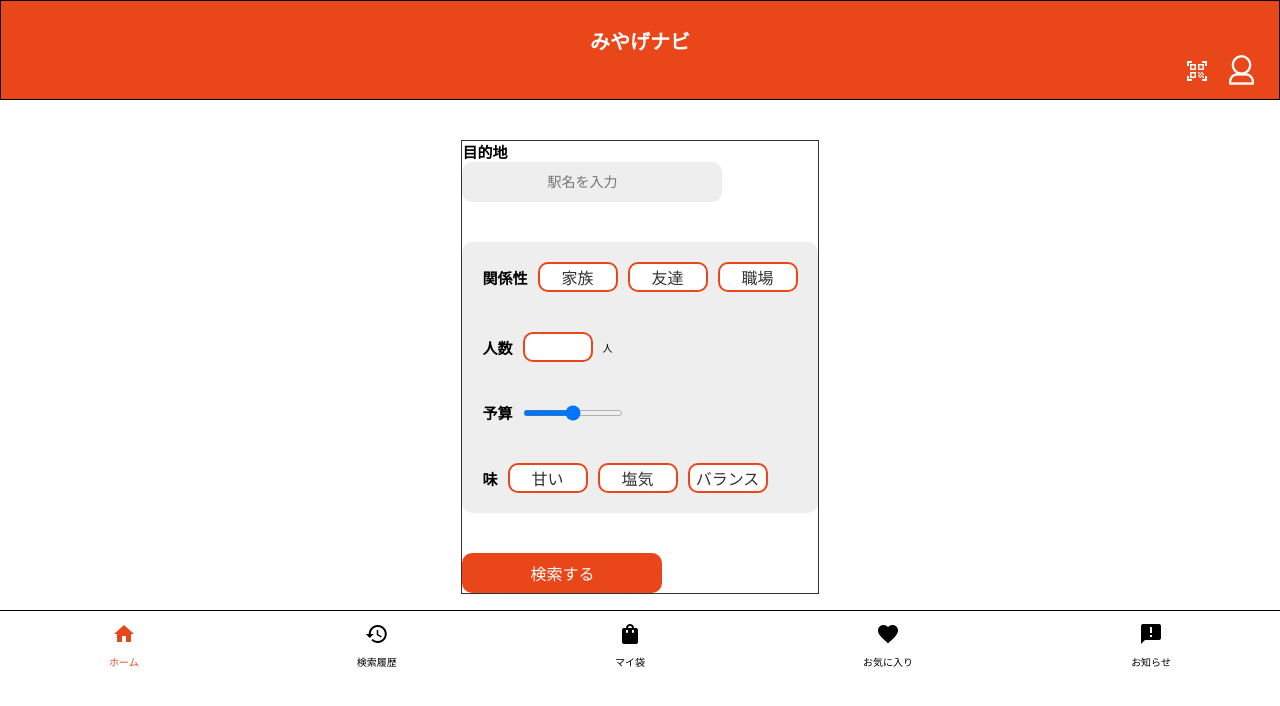
Repository: ama-ne2/miyage_nav
Page: index.html
These files come from the project's save history. The page is drawn as it stood at one moment and after the next save; the edit follows.
The browser window is 1280 px wide. The pictures show the whole page.

Above is the page before, as saved 2026-02-06 10:44:42.

### index.html
<!DOCTYPE html>
<html lang="ja">
<head>
    <meta charset="utf-8">
    <meta name="viewport" content="width=device-width, initial-scale=1">
    <meta name="color-scheme" content="light dark">
    <meta name="format-detection" content="telephone=no">
    <meta name="description" content="ここに説明文を設定">
    <title>index</title>

    <!-- 共有用 OGP / X(Twitter) -->
    <meta property="og:site_name" content="サイト名">
    <meta property="og:title" content="サイトタイトル">
    <meta property="og:description" content="サイト説明文">
    <meta property="og:type" content="website">
    <meta property="og:url" content="https://hoge.ecc.com/">
    <meta property="og:image" content="https://hoge.ecc.com/ogp.png">
    <meta name="twitter:card" content="summary_large_image">
    <meta name="twitter:site" content="@twitteraccount">

    <!-- 正規URL -->
    <link rel="canonical" href="https://hoge.ecc.com/">

    <!-- アイコン（SVG優先、ICOフォールバック、Apple Touch） -->
    <link rel="icon" type="image/svg+xml" href="/favicon.svg">
    <link rel="alternate icon" href="/favicon.ico">
    <link rel="apple-touch-icon" href="/apple-touch-icon.png" sizes="180x180">

    <!-- テーマカラー（PWAでなくてもアドレスバー色に反映） -->
    <meta name="theme-color" content="#FFFFFF">

    <link rel="stylesheet" href="css/ress.css">
    <link rel="stylesheet" href="css/style.css">
    <link rel="stylesheet" href="css/index.css">
    <link href="https://fonts.googleapis.com/icon?family=Material+Icons" rel="stylesheet">

</head>
<body>
<div class="main_content">
    <header>
        <div class="header_wrap">
            <h1  class="header_title">みやげナビ</h1>
            <div class="header_icon_wrap">
            <span class="material-icons qr_mark">
                    qr_code_scanner
                </span>
                <p><img src="img/icon.png" alt="マイページのアイコン" class="mypage_icon"></p>
            </div>
        </div>
    </header>
    <main>
        <div class="seach_wrap">
            <form action="result.html" method="get">
            <h2>目的地</h2><input type="text" placeholder="駅名を入力">
            <div class="keyword_wrap">
                <div class="keyword">
                    <h2>関係性</h2>
                        <input type="radio" name="related" value="家族" id="family"> <label for="family">家族</label>
                        <input type="radio" name="related" value="友達" id="friend"> <label for="friend">友達</label>
                        <input type="radio" name="related" value="職場" id="office"> <label for="office">職場</label>
                </div>
                <div class="keyword">
                    <h2>人数</h2> <input type="number" name="number"><p>人</p>
                </div>
                <div class="keyword">
                    <h2>予算</h2>
                        <input type="range" name="range" id="range" min="0" max="10000">
                </div>
                <div class="keyword">
                    <h2>味</h2>
                        <input type="radio" name="taste" value="甘い" id="sweet"> <label for="sweet">甘い</label>
                        <input type="radio" name="taste" value="塩気" id="salt"> <label for="salt">塩気</label>
                        <input type="radio" name="taste" value="バランス" id="balance"> <label for="balance">バランス</label>
                </div>
            </div>
            <button type="submit">検索する</button>
                </form>
        </div>
    </main>
    <footer>
        <div class="footer_icon active">
            <span class="material-icons">
            home
            </span>
            <p>ホーム</p>
        </div>
        <div class="footer_icon">
            <span class="material-icons">
            history
            </span>
            <p>検索履歴</p>
        </div>
        <div class="footer_icon">
        <span class="material-icons">
        shopping_bag
        </span>
            <p>マイ袋</p>
        </div>
        <div class="footer_icon">
            <span class="material-icons">
            favorite
            </span>
            <p>お気に入り</p>
        </div>
        <div class="footer_icon">
            <span class="material-icons">
            announcement
            </span>
            <p>お知らせ</p>
        </div>
    </footer>
</div>
</body>
</html>

### css/ress.css

/* resset.dev • v5.0.2 */

/* # =================================================================
   # Global selectors
   # ================================================================= */

html {
  box-sizing: border-box;
  -webkit-text-size-adjust: 100%; /* Prevent adjustments of font size after orientation changes in iOS */
  word-break: normal;
  -moz-tab-size: 4;
  tab-size: 4;
}

*,
::before,
::after {
  background-repeat: no-repeat; /* Set `background-repeat: no-repeat` to all elements and pseudo elements */
  box-sizing: inherit;
}

::before,
::after {
  text-decoration: inherit; /* Inherit text-decoration and vertical align to ::before and ::after pseudo elements */
  vertical-align: inherit;
}

* {
  padding: 0; /* Reset `padding` and `margin` of all elements */
  margin: 0;
}

/* # =================================================================
   # General elements
   # ================================================================= */

hr {
  overflow: visible; /* Show the overflow in Edge and IE */
  height: 0; /* Add the correct box sizing in Firefox */
  color: inherit; /* Correct border color in Firefox. */
}

details,
main {
  display: block; /* Render the `main` element consistently in IE. */
}

summary {
  display: list-item; /* Add the correct display in all browsers */
}

small {
  font-size: 80%; /* Set font-size to 80% in `small` elements */
}

[hidden] {
  display: none; /* Add the correct display in IE */
}

abbr[title] {
  border-bottom: none; /* Remove the bottom border in Chrome 57 */
  /* Add the correct text decoration in Chrome, Edge, IE, Opera, and Safari */
  text-decoration: underline;
  text-decoration: underline dotted;
}

a {
  background-color: transparent; /* Remove the gray background on active links in IE 10 */
}

a:active,
a:hover {
  outline-width: 0; /* Remove the outline when hovering in all browsers */
}

code,
kbd,
pre,
samp {
  font-family: monospace, monospace; /* Specify the font family of code elements */
}

pre {
  font-size: 1em; /* Correct the odd `em` font sizing in all browsers */
}

b,
strong {
  font-weight: bolder; /* Add the correct font weight in Chrome, Edge, and Safari */
}

/* https://gist.github.com/unruthless/413930 */
sub,
sup {
  font-size: 75%;
  line-height: 0;
  position: relative;
  vertical-align: baseline;
}

sub {
  bottom: -0.25em;
}

sup {
  top: -0.5em;
}

table {
  border-color: inherit; /* Correct border color in all Chrome, Edge, and Safari. */
  text-indent: 0; /* Remove text indentation in Chrome, Edge, and Safari */
}

iframe {
  border-style: none;
}

/* # =================================================================
   # Forms
   # ================================================================= */

input {
  border-radius: 0;
}

[type='number']::-webkit-inner-spin-button,
[type='number']::-webkit-outer-spin-button {
  height: auto; /* Correct the cursor style of increment and decrement buttons in Chrome */
}

[type='search'] {
  -webkit-appearance: textfield; /* Correct the odd appearance in Chrome and Safari */
  outline-offset: -2px; /* Correct the outline style in Safari */
}

[type='search']::-webkit-search-decoration {
  -webkit-appearance: none; /* Remove the inner padding in Chrome and Safari on macOS */
}

textarea {
  overflow: auto; /* Internet Explorer 11+ */
  resize: vertical; /* Specify textarea resizability */
}

button,
input,
optgroup,
select,
textarea {
  font: inherit; /* Specify font inheritance of form elements */
}

optgroup {
  font-weight: bold; /* Restore the font weight unset by the previous rule */
}

button {
  overflow: visible; /* Address `overflow` set to `hidden` in IE 8/9/10/11 */
}

button,
select {
  text-transform: none; /* Firefox 40+, Internet Explorer 11- */
}

/* Apply cursor pointer to button elements */
button,
[type='button'],
[type='reset'],
[type='submit'],
[role='button'] {
  cursor: pointer;
}

/* Remove inner padding and border in Firefox 4+ */
button::-moz-focus-inner,
[type='button']::-moz-focus-inner,
[type='reset']::-moz-focus-inner,
[type='submit']::-moz-focus-inner {
  border-style: none;
  padding: 0;
}

/* Replace focus style removed in the border reset above */
button:-moz-focusring,
[type='button']::-moz-focus-inner,
[type='reset']::-moz-focus-inner,
[type='submit']::-moz-focus-inner {
  outline: 1px dotted ButtonText;
}

button,
html [type='button'], /* Prevent a WebKit bug where (2) destroys native `audio` and `video`controls in Android 4 */
[type='reset'],
[type='submit'] {
  -webkit-appearance: button; /* Correct the inability to style clickable types in iOS */
}

/* Remove the default button styling in all browsers */
button,
input,
select,
textarea {
  background-color: transparent;
  border-style: none;
}

a:focus,
button:focus,
input:focus,
select:focus,
textarea:focus {
  outline-width: 0;
}

/* Style select like a standard input */
select {
  -moz-appearance: none; /* Firefox 36+ */
  -webkit-appearance: none; /* Chrome 41+ */
}

select::-ms-expand {
  display: none; /* Internet Explorer 11+ */
}

select::-ms-value {
  color: currentColor; /* Internet Explorer 11+ */
}

legend {
  border: 0; /* Correct `color` not being inherited in IE 8/9/10/11 */
  color: inherit; /* Correct the color inheritance from `fieldset` elements in IE */
  display: table; /* Correct the text wrapping in Edge and IE */
  max-width: 100%; /* Correct the text wrapping in Edge and IE */
  white-space: normal; /* Correct the text wrapping in Edge and IE */
  max-width: 100%; /* Correct the text wrapping in Edge 18- and IE */
}

::-webkit-file-upload-button {
  /* Correct the inability to style clickable types in iOS and Safari */
  -webkit-appearance: button;
  color: inherit;
  font: inherit; /* Change font properties to `inherit` in Chrome and Safari */
}

/* Replace pointer cursor in disabled elements */
[disabled] {
  cursor: default;
}

/* # =================================================================
   # Specify media element style
   # ================================================================= */

img {
  border-style: none; /* Remove border when inside `a` element in IE 8/9/10 */
}

/* Add the correct vertical alignment in Chrome, Firefox, and Opera */
progress {
  vertical-align: baseline;
}

/* # =================================================================
   # Accessibility
   # ================================================================= */

/* Specify the progress cursor of updating elements */
[aria-busy='true'] {
  cursor: progress;
}

/* Specify the pointer cursor of trigger elements */
[aria-controls] {
  cursor: pointer;
}

/* Specify the unstyled cursor of disabled, not-editable, or otherwise inoperable elements */
[aria-disabled='true'] {
  cursor: default;
}

### css/style.css
html{
    font-size: 62.5%;
}

html , body{
    width: 100%;
    height: 100%;
    font-family: "Hiragino Kaku Gothic Pro" , sans-serif;
    display: flex;
    justify-content: center;
    /* background-image: url("../img/miyage_nav_logo.png");
    background-repeat: repeat; */
}
.main_content{
    width: 402px;
}

header{
    width: 100%;
    height: 100px;
    background-color: #E94619;
    position: fixed;
    top: 0;
    left: 0;
    .header_wrap{
        border: 1px solid #000;
        display: flex;
        flex-direction: column;
        justify-content: end;
        margin-top: auto;
        height: 100%;
    }
    .header_title{
        display: flex;
        color: #fff;
        justify-content: center;
    }
    .qr_mark{
        color: #fff;
    }
    .header_icon_wrap{
        /* border: 1px solid #000; */
        display: flex;
        justify-content: end;
        align-items: center;
        margin-right: 25px;
        margin-bottom: 12px;
        gap: 20px;
    }
}
main{
    overflow: scroll;
    /* border: #000 solid 1px; */
}
footer{
    position: fixed;
    bottom: 0;
    left: 0;
    display: flex;
    justify-content: space-around;
    width: 100vw;
    height: 110px;
    border-top: #000 solid 1px;

/* footerのアイコンたち */
    .footer_icon{
        display: flex;
        flex-direction: column;
        align-items: center;
        gap: 8px;
        margin-top: 11px;
        &.active{
            color: #E94619;
        }
    }
}

### css/index.css

/* mainを真ん中に */
main{
    display: flex;
    justify-content: center;
    margin-top: 140px;
}

.seach_wrap{
    border: #333 solid 1px;
    display: flex;
    justify-content: center;
    align-items: center;
}

/* 目的地 */
input[type="text"]{
    background-color: #EEE;
    width: 260px;
    height: 40px;
    border-radius: 10px;
    font-size: 1.4rem;
    padding-left: 85px;
}

/* ラジオボタンの丸を無くす */
input[type="radio"]{
    background-color: tomato;
    display: none;
}

/* ラジオボタンの見た目 */
input[type="radio"] + label{
    color: #333;
    background-color: #fff;
    border: solid 2px #E94619;
    display: flex;
    justify-content: center;
    align-items: center;
    border-radius: 10px;
    font-size: 1.6rem;
    width: 80px;
    height: 30px;
    /* font-weight: bold; */
    /* margin-left: 8px; */
}

/* ラジオボタンを押した時 */
input[type="radio"]:checked + label{
    color: #fff;
    background-color: #E94619;
}

/* 人数 */
input[type="number"]{
    border: #E94619 solid 2px;
    background-color: #fff;
    border-radius: 10px;
    width: 70px;
    height: 30px;
}

/* レンジスライダー */
input[type="range"]{
    /* -webkit-appearance: none; */
    width: 100px;
    height: 6px;
    /* background: linear-gradient(
        to right,
        #E94619 0%,
        #E94619 30%,
        #ccc 30%,
        #ccc 100%
    ); */
    border-radius: 5px;
}
input[type="range"]::-webkit-slider-thumb{
    -webkit-appearance: none;
    width: 18px;
    height: 18px;
    background: #E94619;
    border-radius: 50%;
    cursor: pointer;
}

/* キーワード全体 */
.keyword_wrap{
    background-color: #EEE;
    border-radius: 10px;
    margin: 40px auto;
}


/* キーワードひとつずつ */
.keyword{
    /* border: #333 solid 1px; */
    display: flex;
    align-items: center;
    justify-content: start;
    padding: 20px;
    gap: 10px;

}

/* 検索するボタン */
button[type="submit"]{
    width: 200px;
    height: 40px;
    background-color: #E94619;
    color: #fff;
    font-size: 1.6rem;
    border-radius: 10px;
}

After the next save:
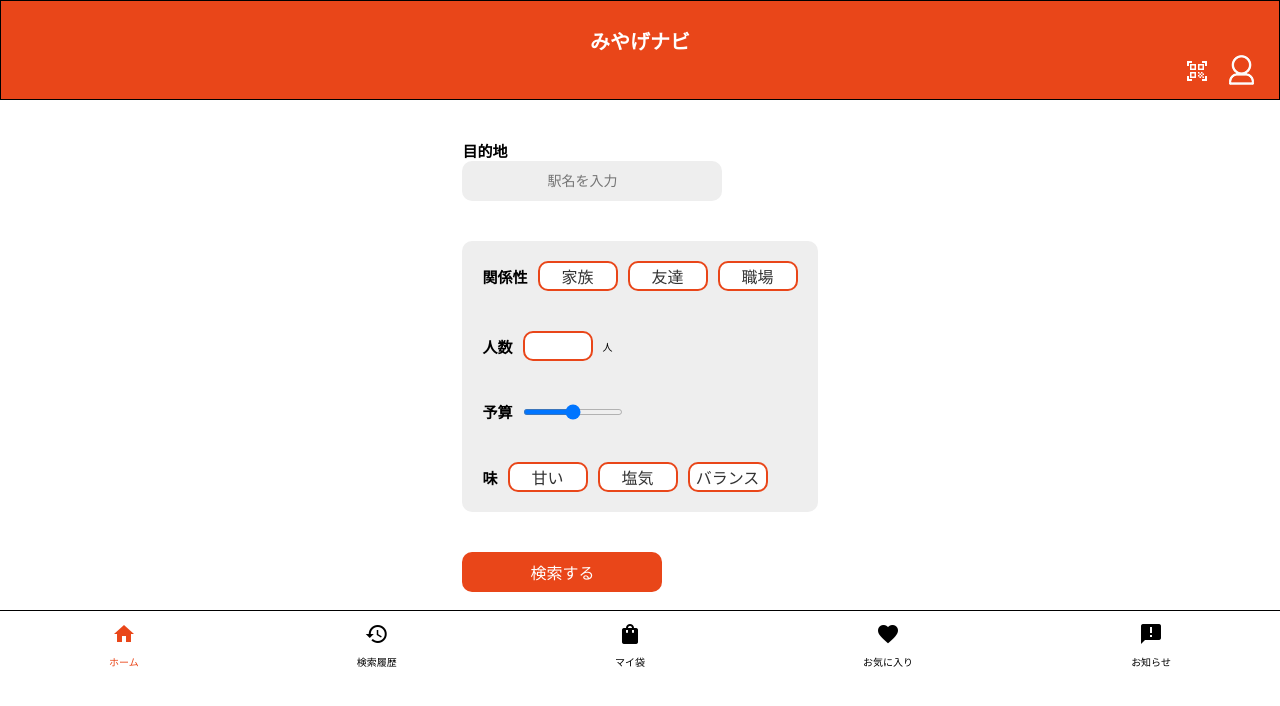
Saved 103 s later.
--- a/css/index.css
+++ b/css/index.css
@@ -6,7 +6,7 @@ main{
     margin-top: 140px;
 }
 
-.seach_wrap{
+.search_wrap{
     border: #333 solid 1px;
     display: flex;
     justify-content: center;
